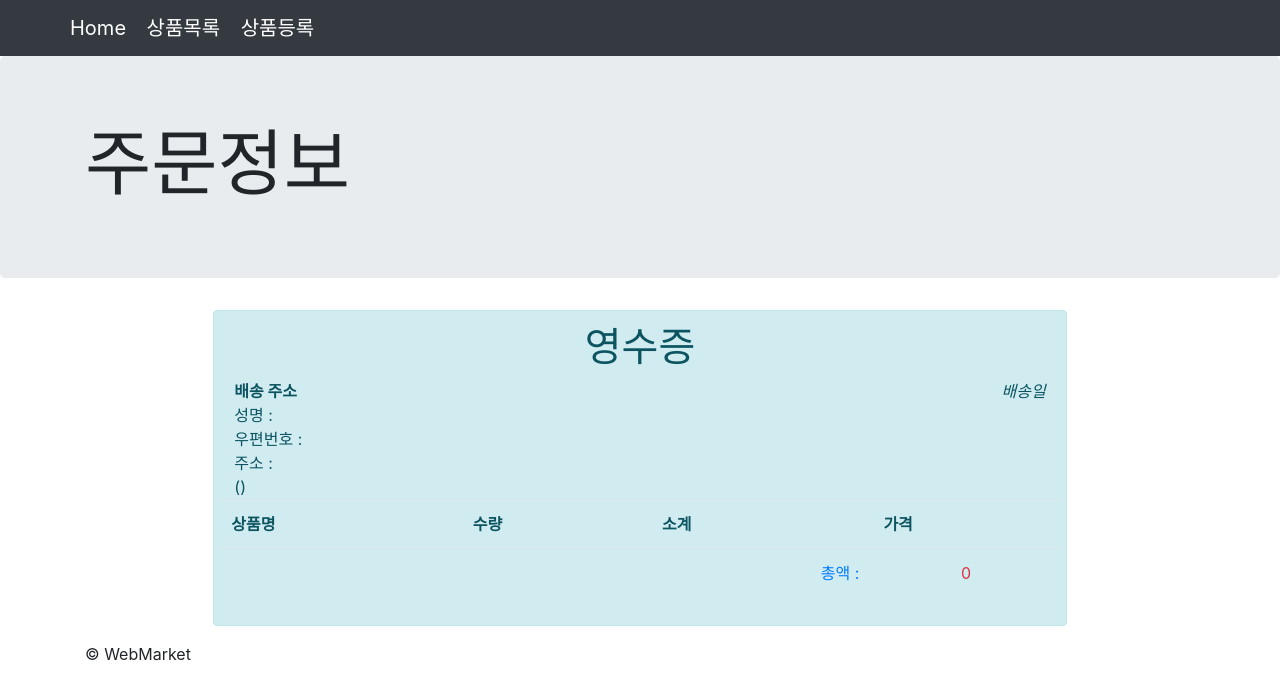
Repository: davisbyun/ai
Page: http://localhost/WebMarket/orderConfirmation.jsp
An editor plug-in stored every save of this project. The page is shown before and after the next save, followed by the edit.
The browser window is 1280 px wide. The pictures show the whole page.
The page is served by Tomcat 9. Other server files are loaded and not shown.

Above is the page before, as saved 2024-01-25 05:44:50.

### WebMarket/src/main/webapp/orderConfirmation.jsp
<%@page import="java.net.URLDecoder"%>
<%@ page language="java" contentType="text/html; charset=UTF-8"
    pageEncoding="UTF-8"%>
<%@ page import="java.net.URL" %>
<%@ page import="dao.ProductRepository" %>
<%@ page import="dto.Product" %>
<%@ page import="java.util.*" %>

<%--1단계 모든 정보 가져오기, 2단계 보여주기 --%>
<!DOCTYPE html>
<html>
<head>
<meta charset="UTF-8">
<title>orderConfirmation.jsp 주문정보 페이지 영수증 보이기</title>
<link rel="stylesheet" href="./css/bootstrap.min.css"/>
</head>
<body>
	<%
	 	request.setCharacterEncoding("utf-8");

		String cartId = session.getId();

		String vCartId = "";
		String vCartname ="";
		String vCartSD = "";
		String vCartCountry ="";
		String vCartZip = "";
		String vCartAN ="";

		//쿠키들을 배열에 담아서 가져오기
		Cookie[] c = request.getCookies();

		if(c != null ) {
			for(int i =0; i < c.length; i++ ) {
				Cookie t = c[i]; //쿠키배열의 0열에 있는 쿠키를 t변수에 담는다.
				String cn = t.getName(); //쿠키명을 얻는다.
				if(cn.equals("scartId") ) vCartId = URLDecoder.decode(t.getValue(), "utf-8");
				if(cn.equals("scartname") ) vCartname = URLDecoder.decode(t.getValue(), "utf-8");
				if(cn.equals("scartSD") ) vCartSD = URLDecoder.decode(t.getValue(), "utf-8");
				if(cn.equals("scartCountry") ) vCartCountry = URLDecoder.decode(t.getValue(), "utf-8");
				if(cn.equals("scartZip") ) vCartZip = URLDecoder.decode(t.getValue(), "utf-8");
				if(cn.equals("scartAN") ) vCartAN = URLDecoder.decode(t.getValue(), "utf-8");
			}
		}
	%>
<%--2단계 정보보이기 --%>
<jsp:include page="menu.jsp"></jsp:include>
 <div class="jumbotron">
    <div class="container">
        <h1 class="display-3"> 주문정보 </h1>
    </div>
 </div>
 <div class="container col-8 alert alert-info ">
    <div class="text-center">
      <h1> 영수증 </h1>
    </div>
    <div class="row justify-content-between">
      <div class="col-4" align="left">
      <strong> 배송 주소 </strong> <br>
      		   성명 : <%= vCartname %><br>
      		   우편번호 : <%= vCartZip %><br>
      		   주소 : <%= vCartAN %><br>
      		   (<%= vCartCountry %>)
      </div>
      <div class="col-4" align="right">
         <p> <em> 배송일</em> <%= vCartSD %>
      </div>
      <table class="table table-hover">
      <tr> <th class="text"> 상품명 </th> <th class="text"> 수량 </th>
           <th class="text"> 소계 </th> <th class="text"> 가격 </th>
      </tr>
           <%
      		 int sum = 0;
             ArrayList<Product> ct = (ArrayList<Product>) session.getAttribute("cartlist");
             if (ct == null){
            	 ct = new ArrayList<Product>();
             }
             for (int i =0; i < ct.size(); i++) {
				Product p = ct.get(i);
				int total = p.getQuantity()* p.getUnitPrice();
				sum = sum + total;

          %>
	       <tr>
	       	 <td class="text-center"> <%= p.getPname() %> </td>
	       	 <td class="text-center"> <%= p.getQuantity() %> </td>
	       	 <td class="text-center"> <%= p.getUnitPrice() %> </td>
	       	 <td class="text-center"> <%= total %></td>
	       </tr>

          <%
           }
          %>

          <tr> <td></td> <td></td>
          	   <td class="text-right text-primary"> 총액 :  </td>
          	   <td class="text-center text-danger"> <%= sum %></td> </tr>

      </table>
      </div>
    </div>
 </div>



<jsp:include page="footer.jsp"></jsp:include>
</body>
</html>

### WebMarket/src/main/webapp/menu.jsp
<%@ page language="java" contentType="text/html; charset=UTF-8"
    pageEncoding="UTF-8"%>
<!DOCTYPE html>
<html>
<head>
<meta charset="UTF-8">
<title>Insert title here</title>
<link rel="stylesheet" href="https://cdn.jsdelivr.net/npm/bootstrap@4.0.0/dist/css/bootstrap.min.css" integrity="sha384-Gn5384xqQ1aoWXA+058RXPxPg6fy4IWvTNh0E263XmFcJlSAwiGgFAW/dAiS6JXm" crossorigin="anonymous">
</head>
<body>
	 <nav class="navbar navbar-expand navbar-dark bg-dark">
    <div class="container">
        <div class="navbar-header">
            <a class="navbar-brand" href="./welcome.jsp">Home</a>
            <a class="navbar-brand" href="./welcome.jsp">상품목록</a>
            <a class="navbar-brand" href="./welcome.jsp">상품등록</a>
         </div>
     </div>
   </nav>
</body>
</html>

### WebMarket/src/main/webapp/footer.jsp
<%@ page language="java" contentType="text/html; charset=UTF-8"
    pageEncoding="UTF-8"%>
<!DOCTYPE html>
<html>
<head>
<meta charset="UTF-8">
<title>Insert title here</title>
 <link rel="stylesheet" href="https://cdn.jsdelivr.net/npm/bootstrap@4.0.0/dist/css/bootstrap.min.css" integrity="sha384-Gn5384xqQ1aoWXA+058RXPxPg6fy4IWvTNh0E263XmFcJlSAwiGgFAW/dAiS6JXm" crossorigin="anonymous">
</head>
<body>
     <footer class="container">
	    <p>&copy; WebMarket</p>
	 </footer>
</body>
</html>

Loaded but not shown: WebMarket/src/main/webapp/css/bootstrap.min.css (library)

After the next save:
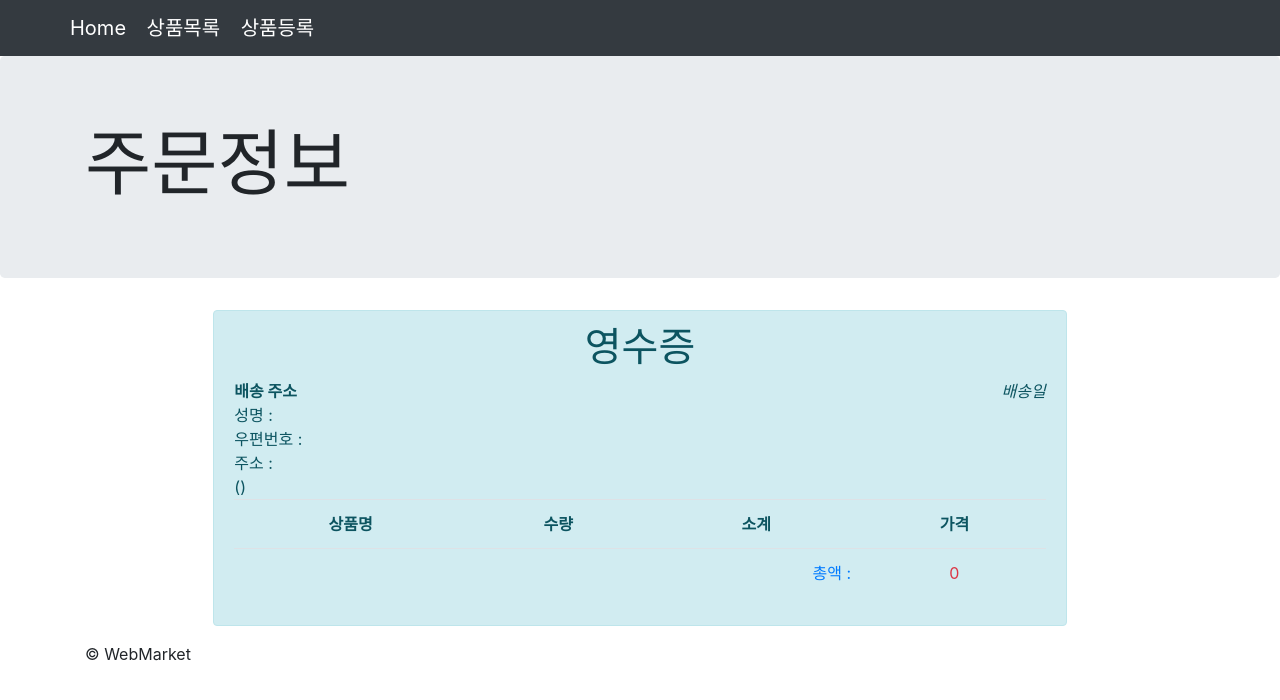
Saved 8 min 26 s later.
--- a/WebMarket/src/main/webapp/orderConfirmation.jsp
+++ b/WebMarket/src/main/webapp/orderConfirmation.jsp
@@ -65,9 +65,10 @@
       <div class="col-4" align="right">
          <p> <em> 배송일</em> <%= vCartSD %>
       </div>
+      </div>
       <table class="table table-hover">
-      <tr> <th class="text"> 상품명 </th> <th class="text"> 수량 </th>
-           <th class="text"> 소계 </th> <th class="text"> 가격 </th>
+      <tr> <th class="text-center"> 상품명 </th> <th class="text-center"> 수량 </th>
+           <th class="text-center"> 소계 </th> <th class="text-center"> 가격 </th>
       </tr>
            <%
       		 int sum = 0;
